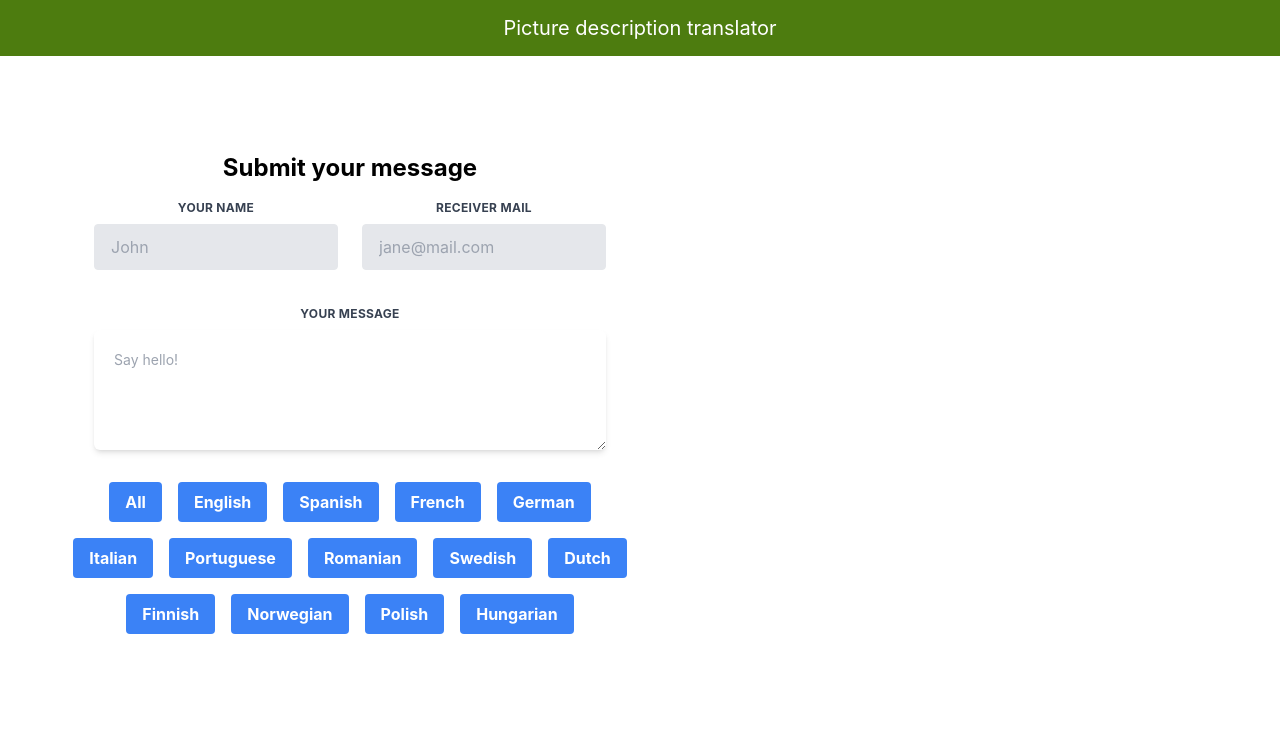
Repository: daliamsr/CloudComputing-Front
Page: /
The author's editor kept a copy of each file at every save. The page is drawn from the files as they stood at one save, then again after the next save.
The browser window is 1280 px wide. The pictures show the whole page.
The project was rebuilt for these pictures with package versions that can differ from the ones it lists, and the page was loaded fresh each time.

Above is the page before, as saved 2022-05-09 23:39:30.

After the next save:
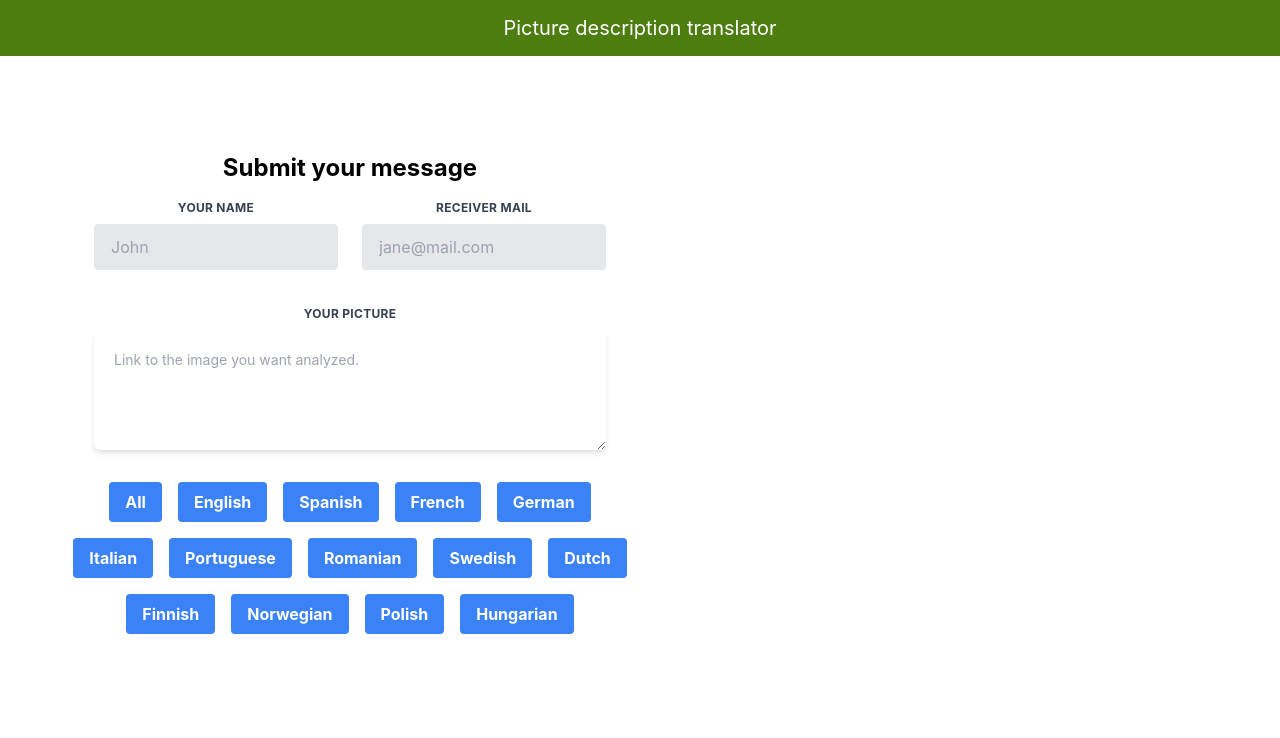
Saved 2 min 39 s later.
--- a/src/Javascript/Components/MessagesSubmit.jsx
+++ b/src/Javascript/Components/MessagesSubmit.jsx
@@ -53,14 +53,14 @@ function MessagesSubmit() {
                 <div className="flex flex-wrap -mx-3 mb-6">
                     <div className="w-full md:w-full px-3 mb-6 md:mb-0">
                         <label className="block uppercase tracking-wide text-gray-700 text-xs font-bold mb-2" htmlFor="messageContent">
-                            Your message
+                            Your picture
                         </label>
                         <textarea
                             rows={4}
                             name="comment"
                             id="messageContent"
                             className="shadow-md focus:ring-indigo-500 focus:border-indigo-500 block w-full sm:text-sm border-gray-800 rounded-md p-5"
-                            placeholder={'Say hello!'} />
+                            placeholder={'Link to the image you want analyzed.'} />
                     </div>
                 </div>
             </form>
